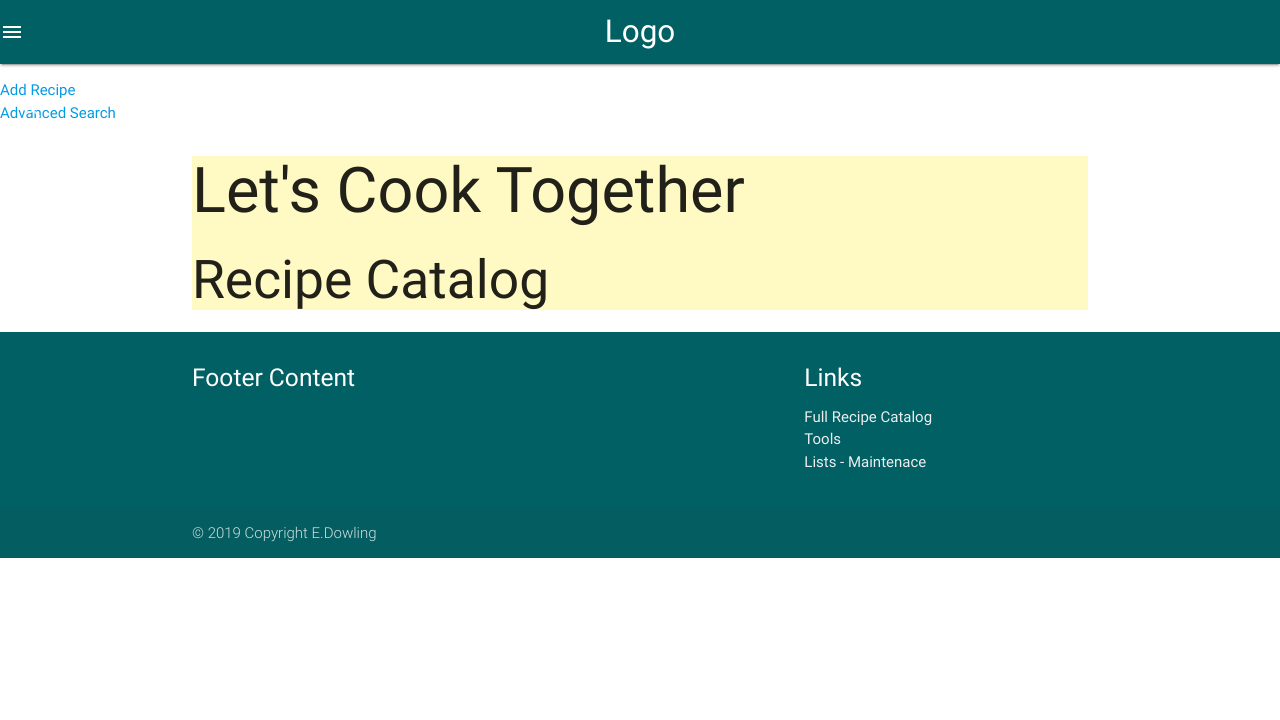
Repository: eldowling/lets-cook-together
Page: http://localhost/get_catalog?course=breakfast
The author's editor kept a record of every edit. The page is drawn from the files as they stood at one moment, then again after the next edit.
The browser window is 1280 px wide. The pictures show the whole page.
Some web libraries are served in a nearby version. The page is served by the project's application, run on Flask 3 (app.py). Queries for data that is not in the repository find no rows.

Above is the page before.
Console error: TypeError: $(...).sidenav is not a function

After the next edit:
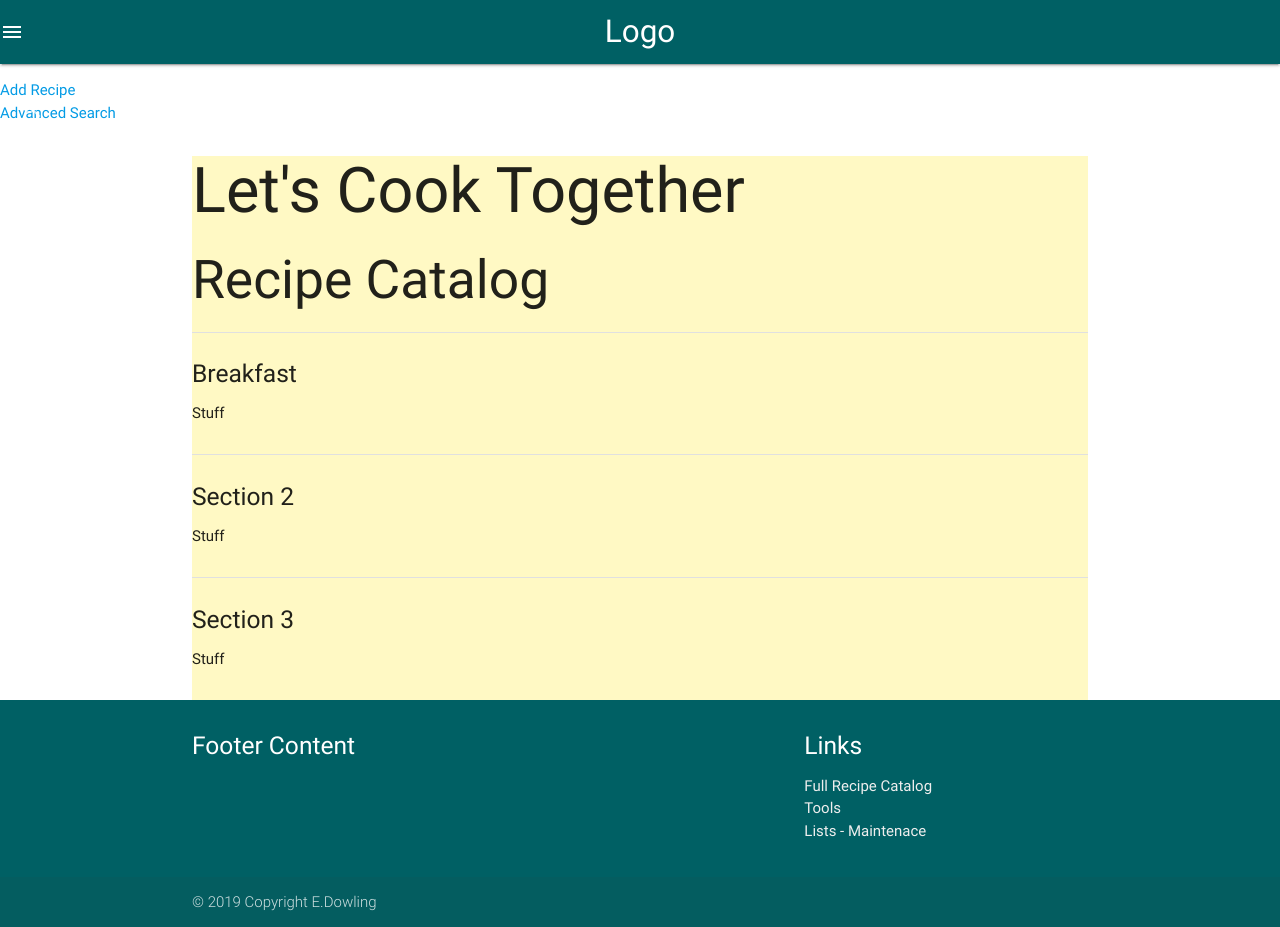
The edit:
--- a/templates/catalog.html
+++ b/templates/catalog.html
@@ -2,6 +2,21 @@
 <h1>Let's Cook Together</h1>
 <h2>Recipe Catalog</h2>
 
+<div class="divider"></div>
+  <div class="section">
+    <h5>Breakfast</h5>
+    <p>Stuff</p>
+  </div>
+  <div class="divider"></div>
+  <div class="section">
+    <h5>Section 2</h5>
+    <p>Stuff</p>
+  </div>
+  <div class="divider"></div>
+  <div class="section">
+    <h5>Section 3</h5>
+    <p>Stuff</p>
+  </div>
 {% for recipe in recipes %}
     <div class="row">
         <div class="col s6">
